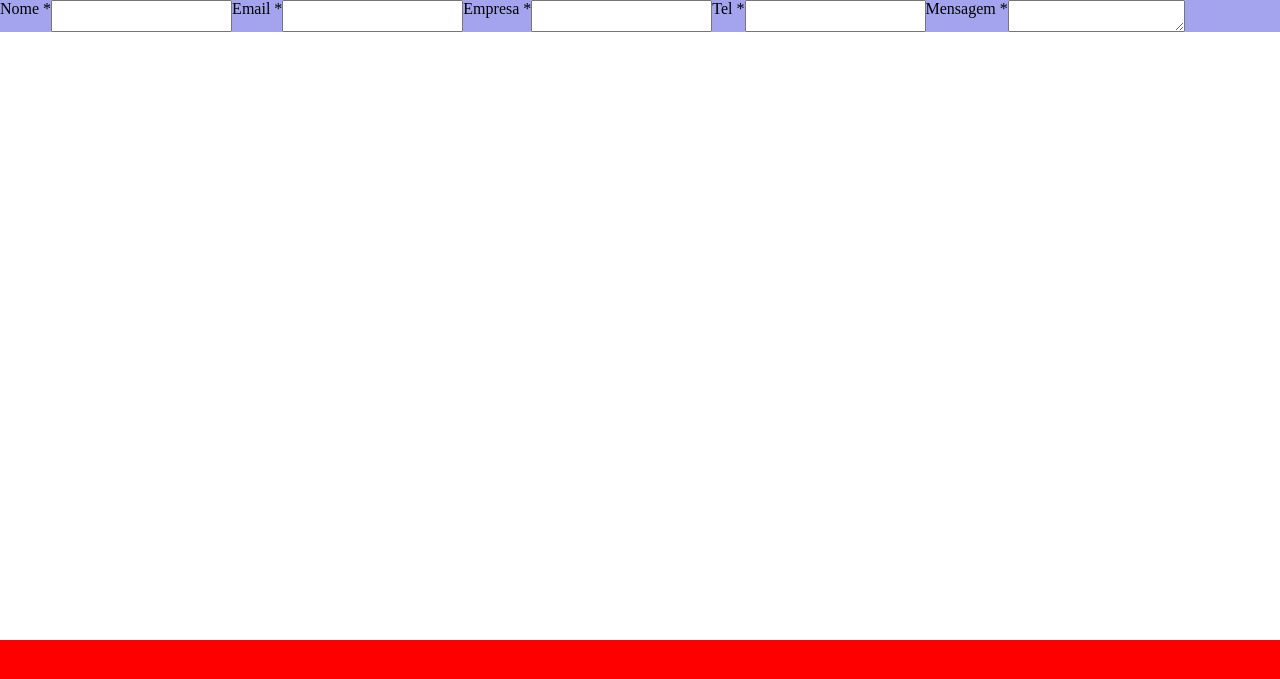
Repository: ecrseer/contatenos-html-js
Page: contatenos.html
The author's editor kept a copy of each file at every save. The page is drawn from the files as they stood at one save, then again after a run of saves.
The browser window is 1280 px wide. The pictures show the whole page.

Above is the page before, as saved 2021-12-27 14:53:47.

After the next 4 saves:
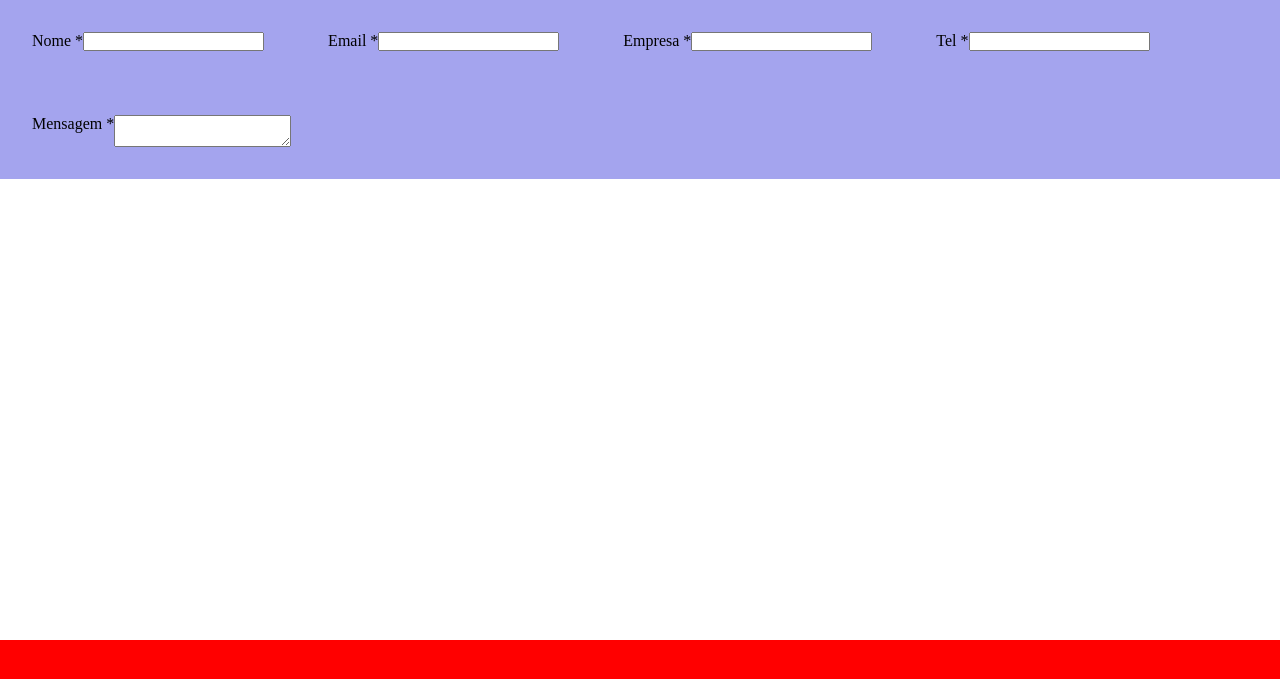
The 4 saves are shown as one change because they came seconds apart.
The last was saved 32 s later.
--- a/contatenos.css
+++ b/contatenos.css
@@ -9,6 +9,7 @@
 }
 .inputdiv{
     display: flex;
+    margin: 2em;
 }
 .bottomnav{
     background: red;
